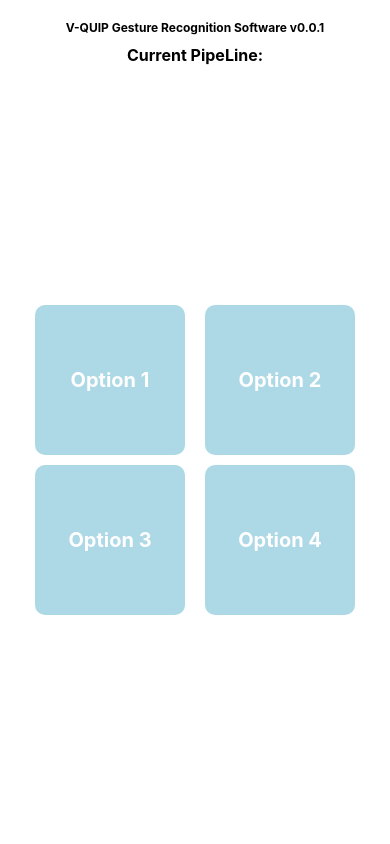
Repository: hajin-park/V-QUIP
Page: / (app in frontend/react-native-app/)
The author's editor kept a copy of each file at every save. The page is drawn from the files as they stood at one save, then again after the next save.
The browser window is 390 px wide. The pictures show the whole page.
The app was drawn by React Native's web renderer in a window 390 px wide. The project was rebuilt for these pictures with package versions that can differ from the ones it lists, and the page was loaded fresh each time.

Above is the page before, as saved 2024-03-28 20:41:26.

### frontend/react-native-app/App.js
import { StatusBar } from 'expo-status-bar';
import { StyleSheet, Text, View, TouchableOpacity } from 'react-native';

export default function App() {
  const handleOptionClick = (option) => {
    // Handle click event for the selected option
    console.log(`Option ${option} clicked`);
  };

  return (
    <View style={styles.container}>
      <Text style={styles.title}>V-QUIP Gesture Recognition Software v0.0.1</Text>
      <View style={styles.infoBox}>
        <Text style={styles.infoText}>Current PipeLine:</Text>
      </View>
      <View style={styles.content}>
        <View style={styles.row}>
          <TouchableOpacity style={styles.box} onPress={() => handleOptionClick(1)}>
            <Text style={styles.text}>Option 1</Text>
          </TouchableOpacity>
          <TouchableOpacity style={styles.box} onPress={() => handleOptionClick(2)}>
            <Text style={styles.text}>Option 2</Text>
          </TouchableOpacity>
        </View>
        <View style={styles.row}>
          <TouchableOpacity style={styles.box} onPress={() => handleOptionClick(3)}>
            <Text style={styles.text}>Option 3</Text>
          </TouchableOpacity>
          <TouchableOpacity style={styles.box} onPress={() => handleOptionClick(4)}>
            <Text style={styles.text}>Option 4</Text>
          </TouchableOpacity>
        </View>
      </View>
      <StatusBar style="auto" />
    </View>
  );
}

const styles = StyleSheet.create({
  container: {
    flex: 1,
    backgroundColor: '#fff',
  },
  title: {
    fontSize: 12,
    fontWeight: 'bold',
    marginTop: 20,
    marginBottom: 10,
    textAlign: 'center',
  },
  infoBox: {
    alignItems: 'center',
    marginBottom: 20,
  },
  infoText: {
    fontSize: 16,
    fontWeight: 'bold',
    color: '#000000',
  },
  content: {
    flex: 1,
    alignItems: 'center',
    justifyContent: 'center',
  },
  row: {
    flexDirection: 'row',
    justifyContent: 'center',
    marginBottom: 10,
  },
  box: {
    width: 150,
    height: 150,
    backgroundColor: '#ADD8E6', // Light blue color
    borderRadius: 10, // Rounded edges
    alignItems: 'center',
    justifyContent: 'center',
    marginHorizontal: 10,
  },
  text: {
    fontSize: 20,
    fontWeight: 'bold',
    color: '#FFFFFF', // White text color
  },
});

After the next save:
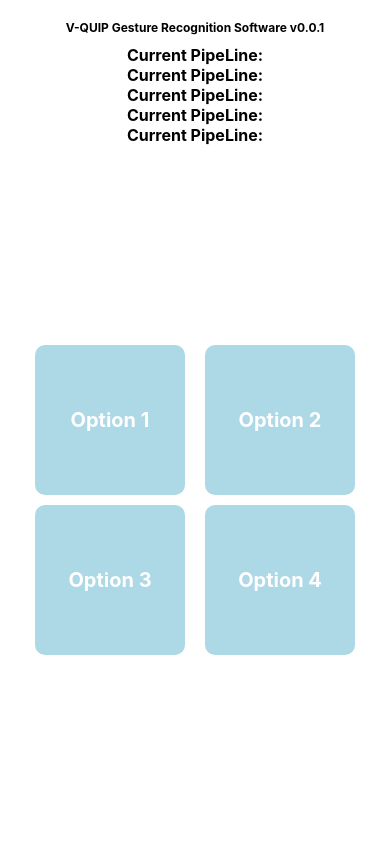
Saved 10 s later.
--- a/frontend/react-native-app/App.js
+++ b/frontend/react-native-app/App.js
@@ -12,6 +12,11 @@ export default function App() {
       <Text style={styles.title}>V-QUIP Gesture Recognition Software v0.0.1</Text>
       <View style={styles.infoBox}>
         <Text style={styles.infoText}>Current PipeLine:</Text>
+        <Text style={styles.infoText}>Current PipeLine:</Text>
+        <Text style={styles.infoText}>Current PipeLine:</Text>
+        <Text style={styles.infoText}>Current PipeLine:</Text>
+        <Text style={styles.infoText}>Current PipeLine:</Text>
+
       </View>
       <View style={styles.content}>
         <View style={styles.row}>
